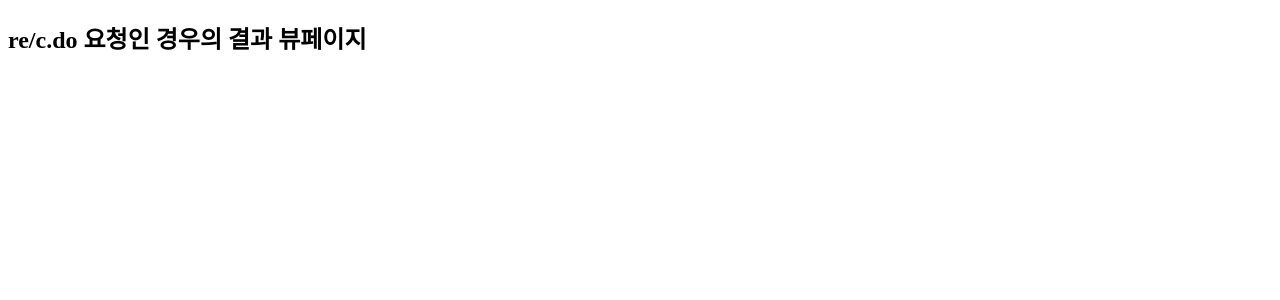
Repository: gotohellll/springweb
Page: http://localhost/espringweb/re/c.do
The author's editor kept a copy of each file at every save. The page is drawn from the files as they stood at one save, then again after a run of saves.
The browser window is 1280 px wide. The pictures show the whole page.
The page is served by Tomcat 9.

Above is the page before, as saved 2025-05-02 05:41:39.

After the next 2 saves:
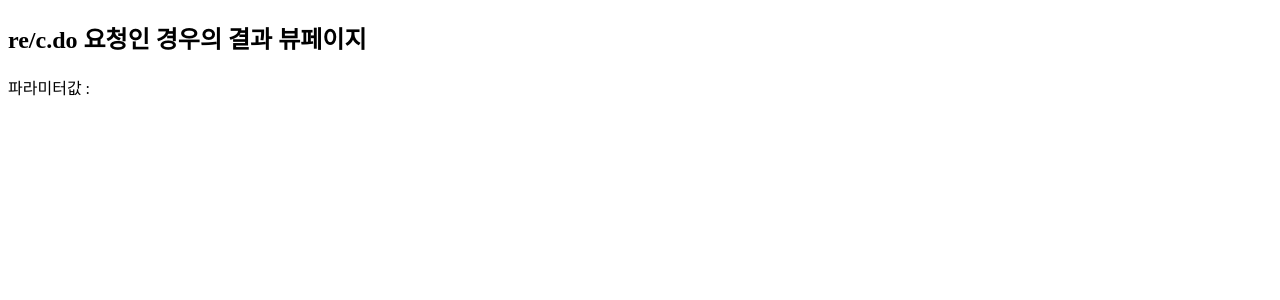
The 2 saves are shown as one change because they came seconds apart.
The last was saved 3 min 9 s later.
--- a/espringweb/src/main/webapp/WEB-INF/views/re/c.jsp
+++ b/espringweb/src/main/webapp/WEB-INF/views/re/c.jsp
@@ -10,5 +10,6 @@
 
 <h2>re/c.do 요청인 경우의 결과 뷰페이지</h2>
 
+파라미터값 : ${param.id}
 </body>
 </html>
